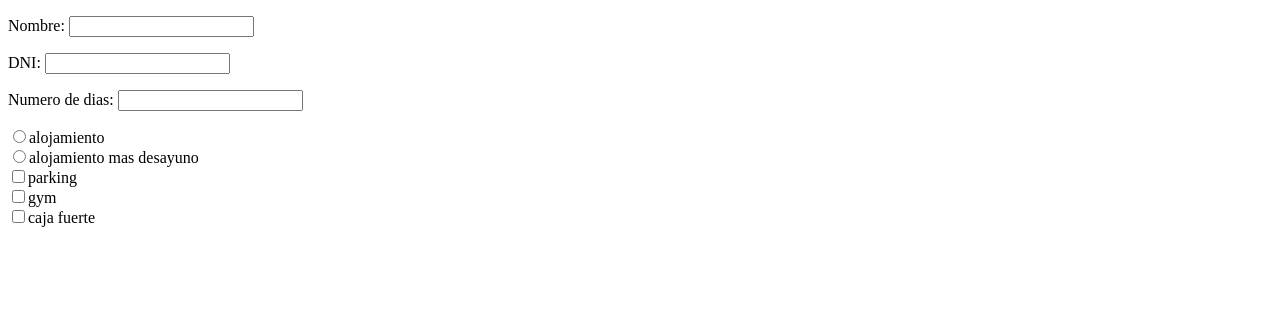
Repository: weertop/2DAW
Page: http://localhost/Formularios/hotel.jsp
The author's editor kept a copy of each file at every save. The page is drawn from the files as they stood at one save, then again after the next save.
The browser window is 1280 px wide. The pictures show the whole page.
The page is served by Tomcat 9.

Above is the page before, as saved 2019-10-02 10:36:51.

After the next save:
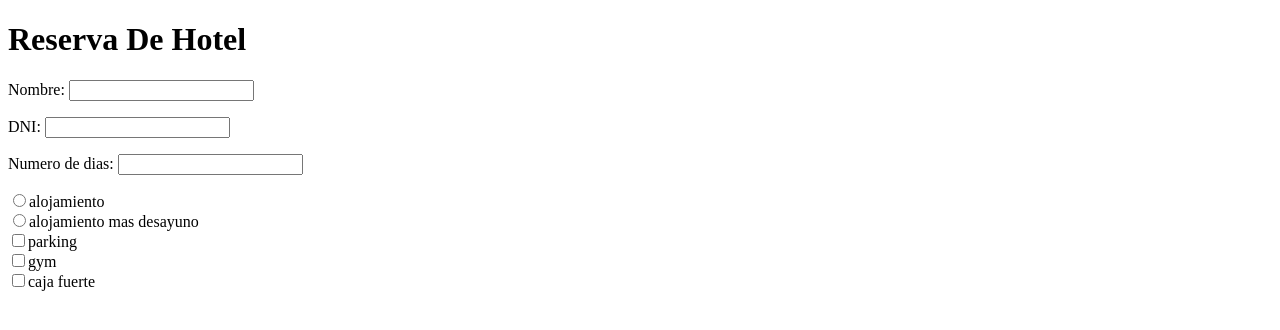
Saved 32 s later.
--- a/DWServidor/eclipse-workspace-photom/Formularios/WebContent/hotel.jsp
+++ b/DWServidor/eclipse-workspace-photom/Formularios/WebContent/hotel.jsp
@@ -8,6 +8,7 @@
 <title>Insert title here</title>
 </head>
 <body>
+	<h1>Reserva De Hotel</h1>
 	<form action="destinoHotel" method="post">
 		<p>Nombre: <input type="text" name="nombre"/></p>
 		<p>DNI: <input type="text" name="dni"/></p>
